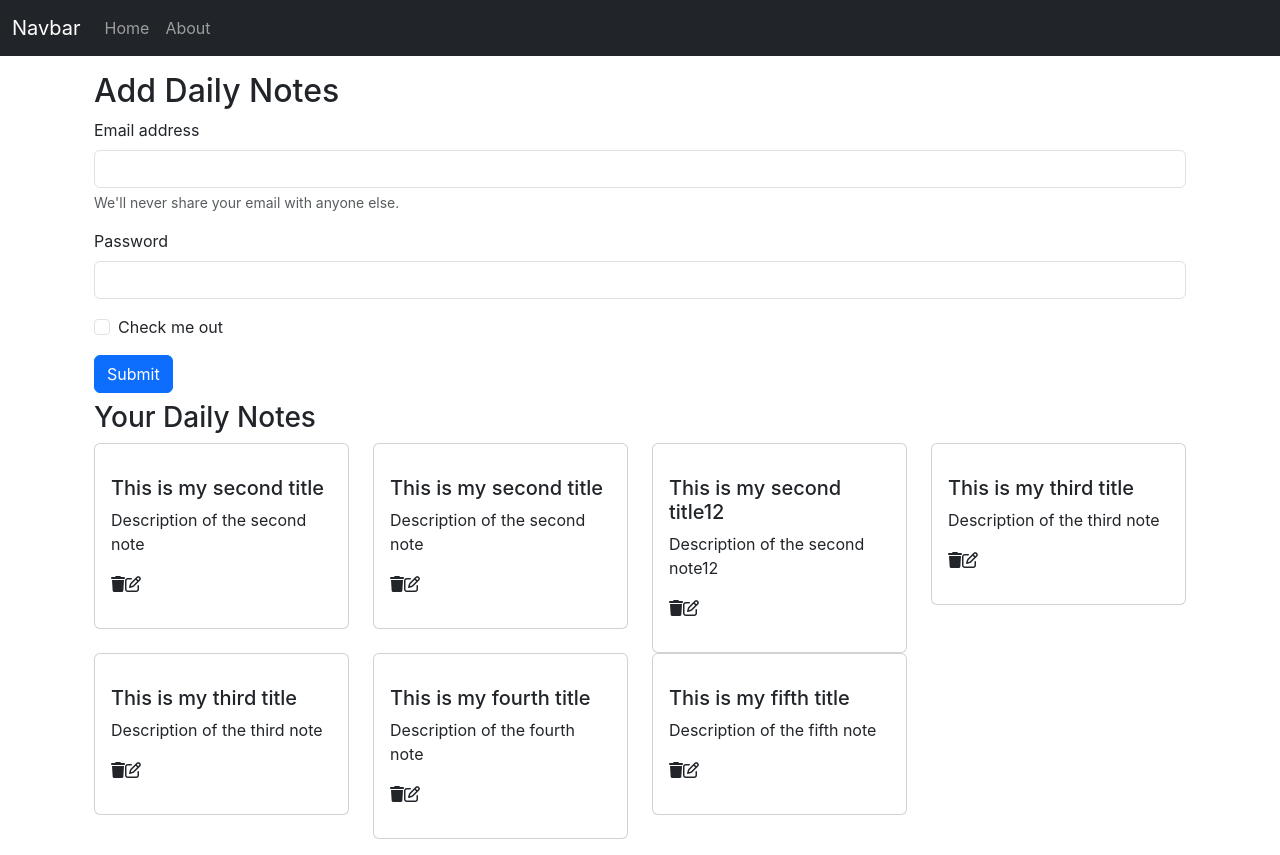
Repository: alphacode77/DailyNotes-react
Page: /
An editor plug-in stored every save of this project. The page is shown before and after the next save, followed by the edit.
The browser window is 1280 px wide. The pictures show the whole page.
Some web libraries are served in a nearby version. The project was rebuilt for these pictures with package versions that can differ from the ones it lists, and the page was loaded fresh each time. Also part of the build but not shown: src/App.css, src/components/About.js.

Above is the page before, as saved 2023-02-25 22:25:44.

After the next save:
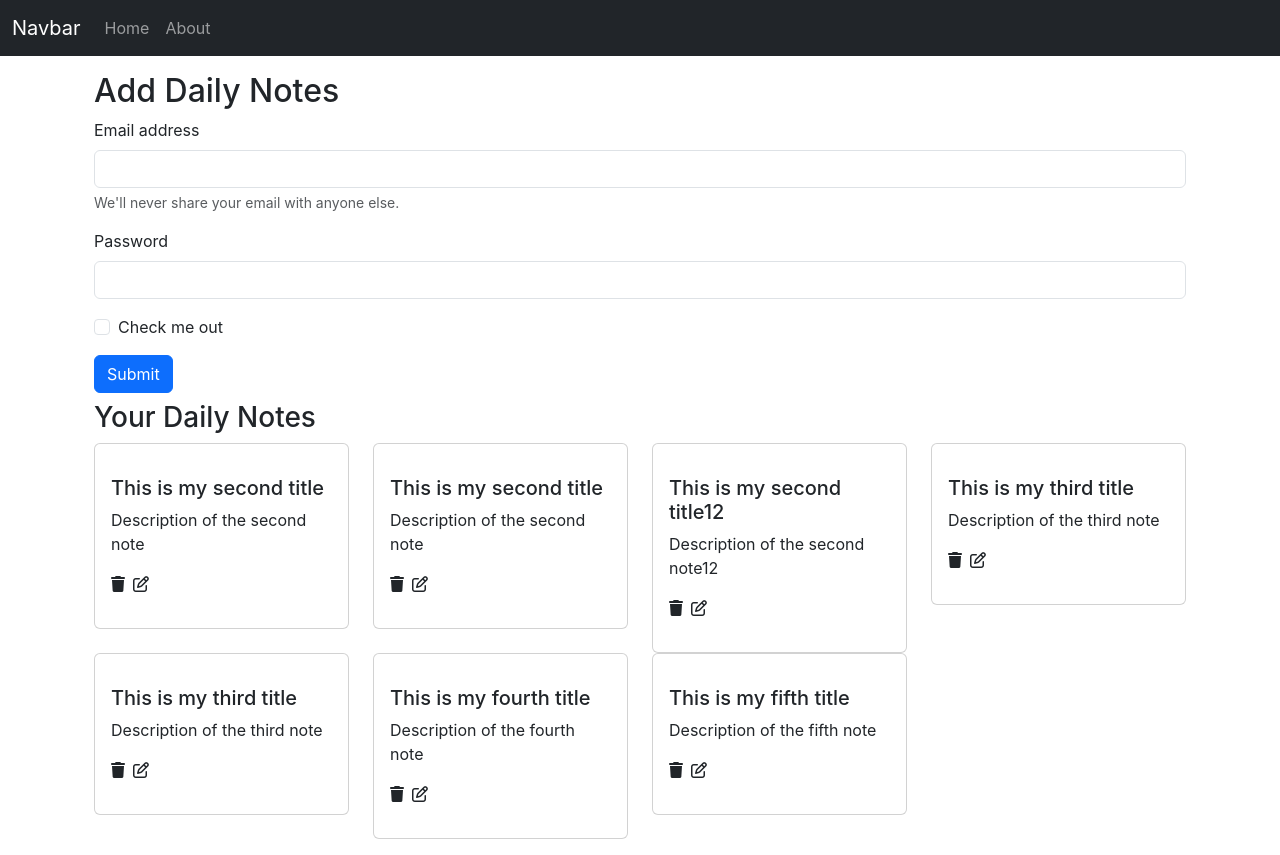
Saved 23 s later.
--- a/src/components/Noteitem.js
+++ b/src/components/Noteitem.js
@@ -9,7 +9,7 @@ const Noteitem=(props)=> {
                 <h5 className='card-title'>{note.title}</h5>
                     <p className='card-text'>{note.description}</p>
                     <i class="fa-solid fa-trash"></i>
-                    <i class="fa-regular fa-pen-to-square"></i>
+                    <i class="fa-regular fa-pen-to-square mx-2"></i>
             </div>
         </div>
     </div>
